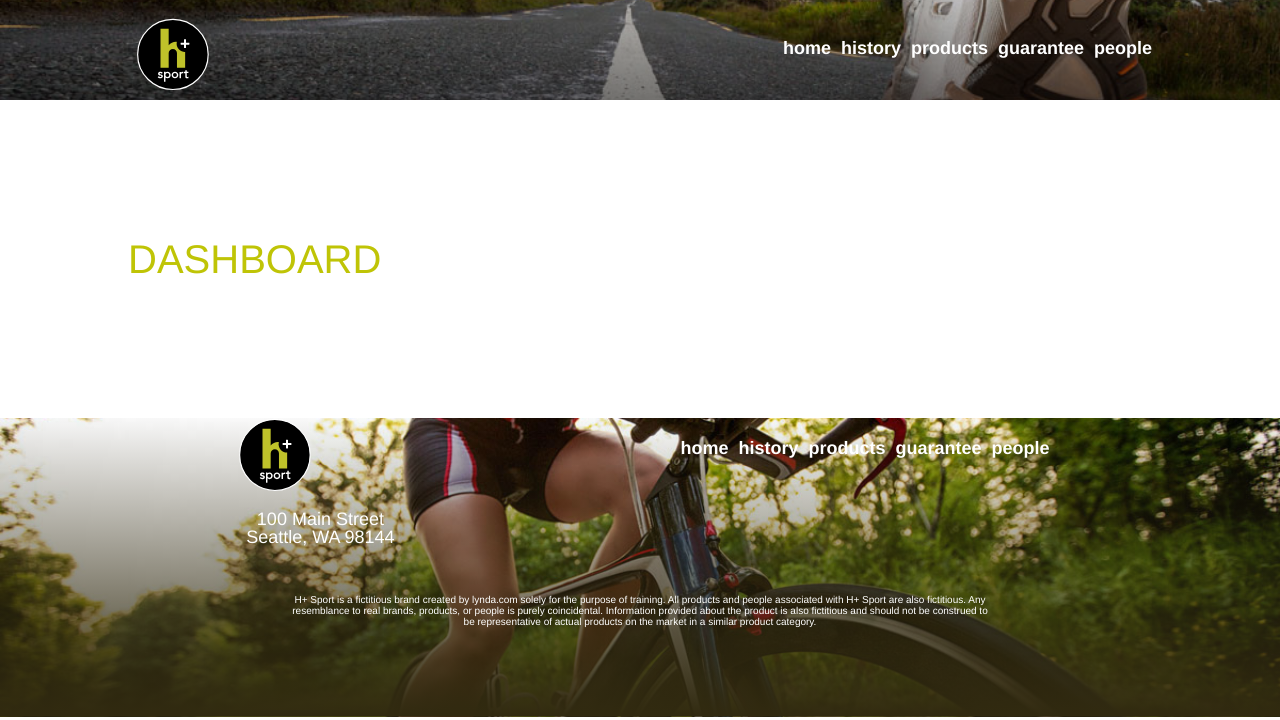
Repository: abrarzahin/H-Plus-Sports
Page: JSFapp/WebContent/add.html
These files come from the project's save history. The page is drawn as it stood at one moment and after the next save; the edit follows.
The browser window is 1280 px wide. The pictures show the whole page.
Some web fonts or font styles are not loaded; a fallback is used.

Above is the page before, as saved 2019-01-07 00:25:17.

After the next save:
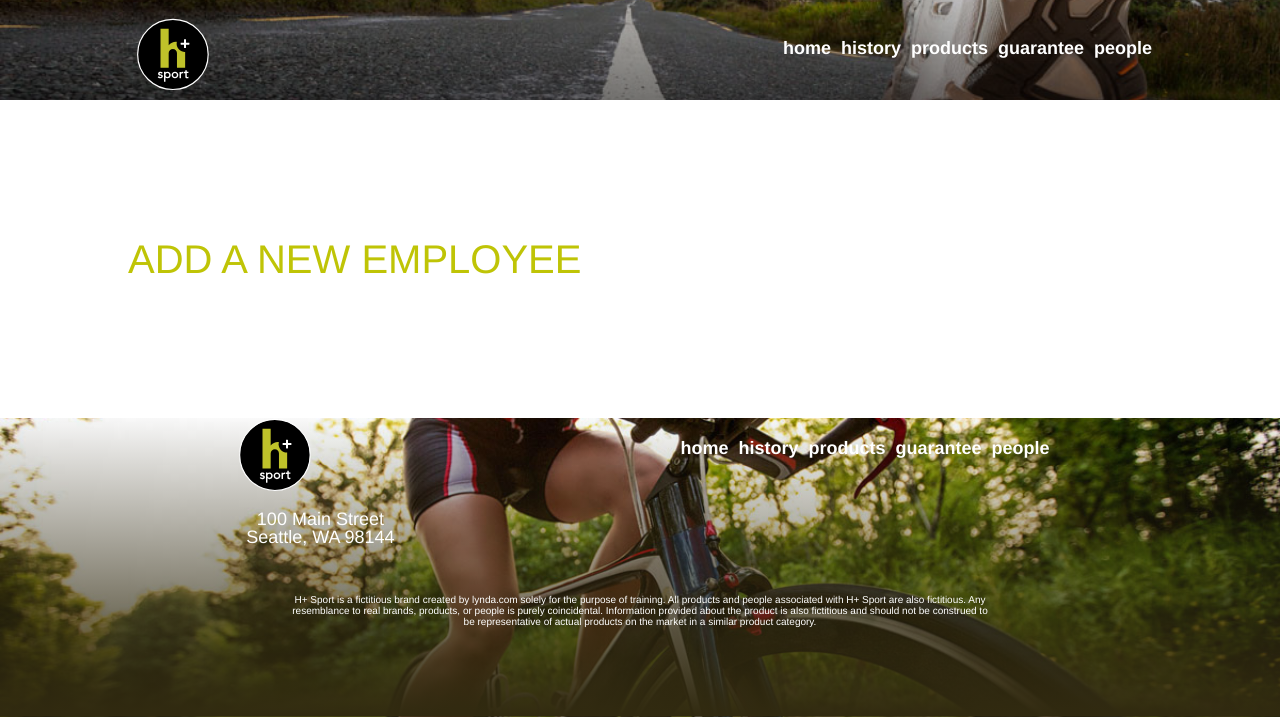
Saved 4 min 17 s later.
--- a/JSFapp/WebContent/add.html
+++ b/JSFapp/WebContent/add.html
@@ -32,7 +32,7 @@
 
  <section id="members" class= "section">
   <div class="container tagline">
-    <h1 class="headline">Dashboard</h1>
+    <h1 class="headline">Add A New Employee</h1>
   </div><!-- container tagline -->
 </section>
 
